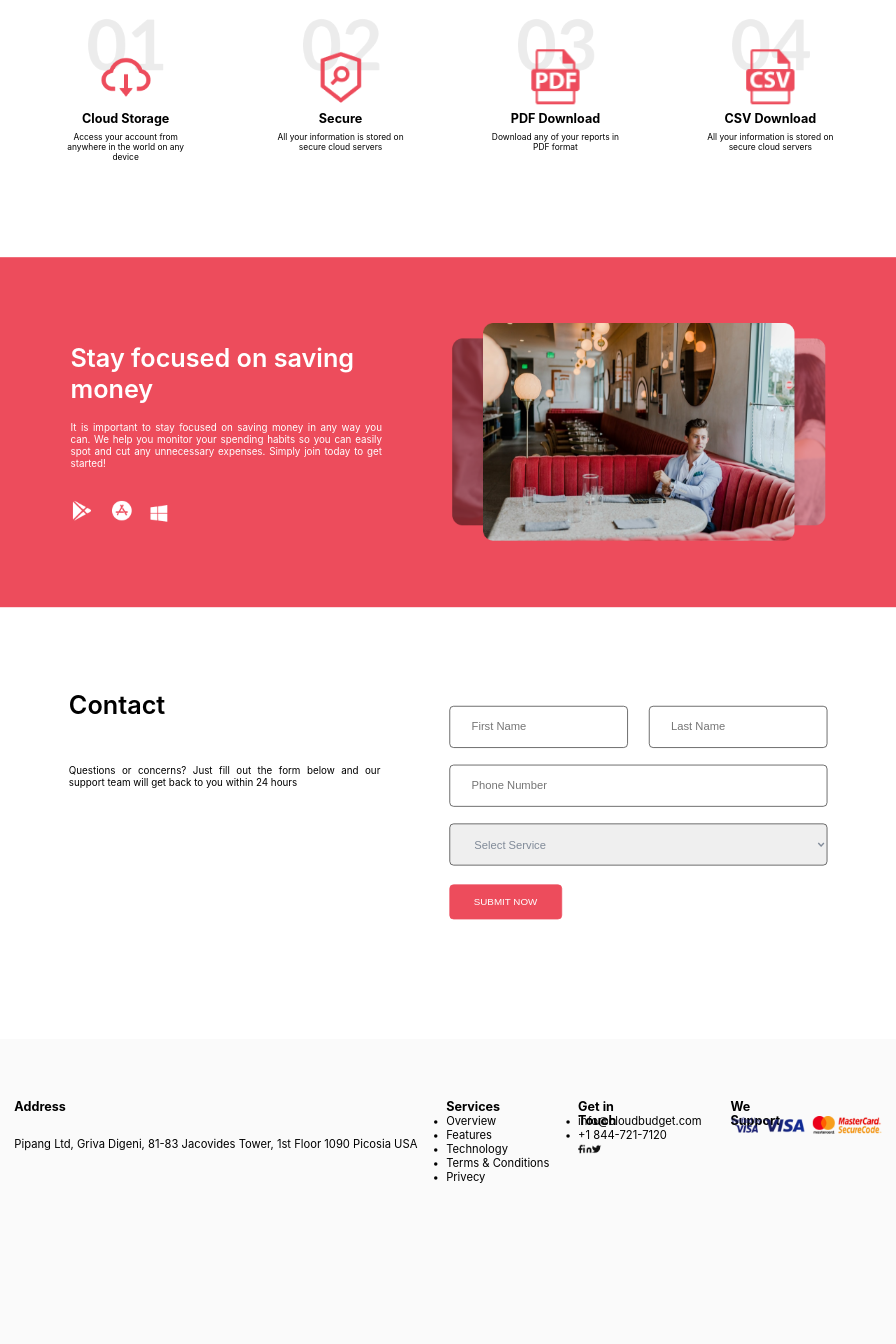
Repository: Ola-22/cloudBudget
Page: /
An editor plug-in stored every save of this project. The page is shown before and after the next save, followed by the edit.
The browser window is 1280 px wide. The pictures show the part of the page from y = 2108 to 4028 px (the page is 4028 px tall), at 70% of full size.
The project was rebuilt for these pictures with package versions that can differ from the ones it lists, and the page was loaded fresh each time.

Above is the page before, as saved 2021-09-14 14:22:40.

After the next save:
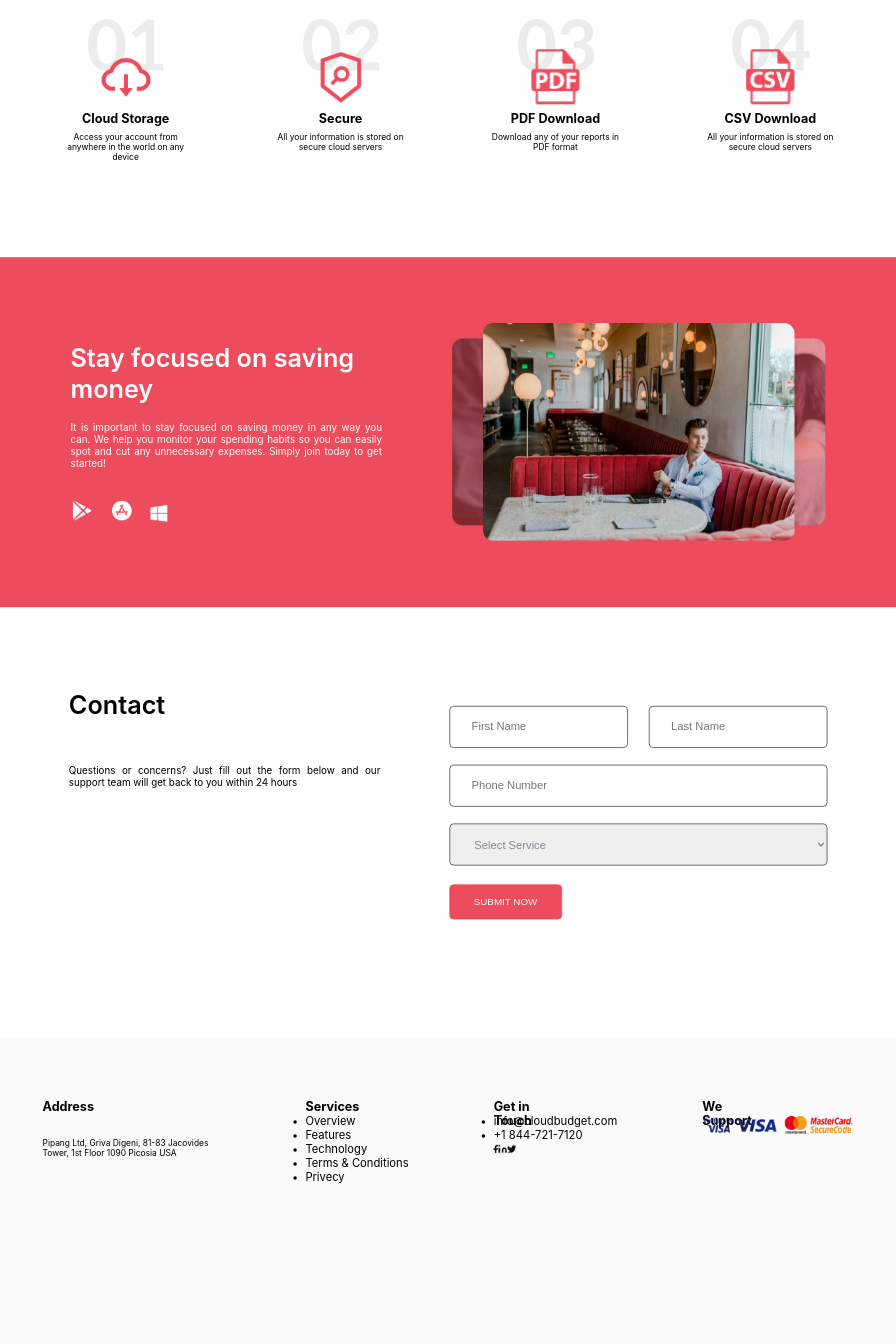
Saved 33 s later.
--- a/src/Components/Footer/style.scss
+++ b/src/Components/Footer/style.scss
@@ -14,6 +14,9 @@
 
   & p {
     margin-top: 33px;
+    font-size: 12px;
+    width: 254px;
+    height: 54px;
   }
 
 }
